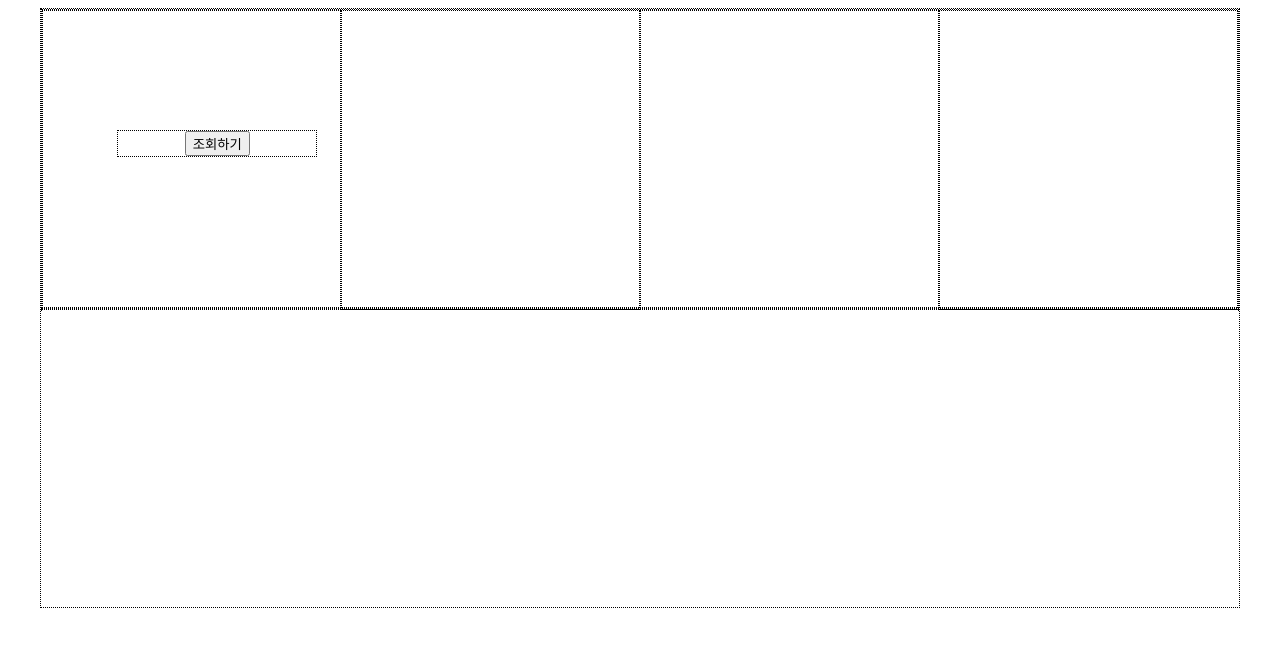
Repository: y2kim/workspace4
Page: MyBatisFramwork_07_12/WebContent/index.html
These files come from the project's save history. The page is drawn as it stood at one moment and after the next save; the edit follows.
The browser window is 1280 px wide. The pictures show the whole page.

Above is the page before, as saved 2018-07-12 02:59:53.

### MyBatisFramwork_07_12/WebContent/index.html
<!DOCTYPE html>
<html>
<head>
<meta charset="UTF-8">
<title>myBatis FrontEnd</title>
<script src="https://code.jquery.com/jquery-3.3.1.js"></script>
	<style>
		div{
			border: 1px dotted black;
			box-sizing: border-box;
		}

		#wrapper{
			width: 1200px;
			height: 600px;
			margin: 0px auto;
		}


		#line1{
			width:100%;
			height: 50%;
		}

		.exam{
			float:left;
			width: 25%;
			height: 300px;
		}
		.exam div{
			text-align: center;
			width:200px;
			margin-left: 25%;
			margin-top: 40%;

		}

	</style>
	<script>
		$(document).ready(function() {
			$("#selectAll").click(function(){
				$(location).attr("href","select.do");
			})
		})
	</script>

</head>
<body>
	<div id="wrapper">
		<div id="line1">
			<div id="exam01" class="exam">
				<div>
					<button id="selectAll">조회하기</button>
				</div>
			</div>
			<div id="exam02" class="exam">

			</div>
			<div id="exam03" class="exam"></div>
			<div id="exam04" class="exam"></div>
		</div>
		<div id="line2">
		</div>
	</div>
</body>
</html>

After the next save:
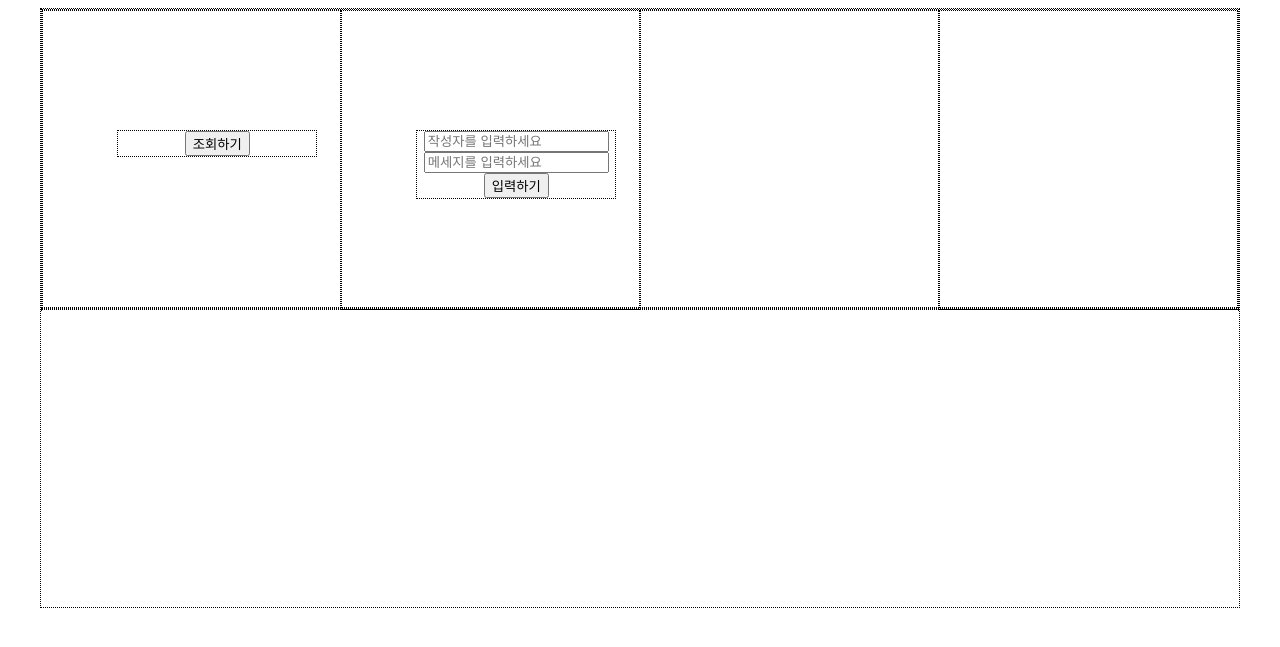
Saved 4 min 3 s later.
--- a/MyBatisFramwork_07_12/WebContent/index.html
+++ b/MyBatisFramwork_07_12/WebContent/index.html
@@ -54,7 +54,11 @@
 				</div>
 			</div>
 			<div id="exam02" class="exam">
-
+				<div>
+					<input type="text" placeholder="작성자를 입력하세요" name="writer"><br>
+					<input type="text" placeholder="메세지를 입력하세요" name="contents"><br>
+					<button>입력하기</button>
+				</div>
 			</div>
 			<div id="exam03" class="exam"></div>
 			<div id="exam04" class="exam"></div>
